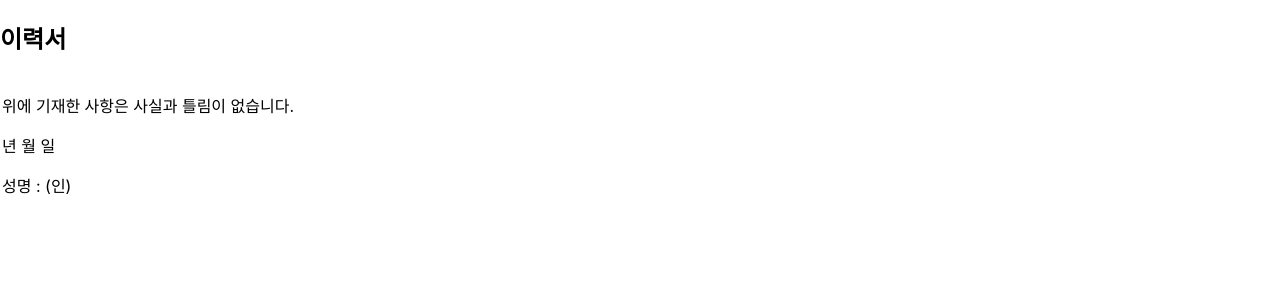
Repository: jiyeonyun/Resume
Page: / (app in resumes/)
The author's editor kept a copy of each file at every save. The page is drawn from the files as they stood at one save, then again after the next save.
The browser window is 1280 px wide. The pictures show the whole page.
The project was rebuilt for these pictures with package versions that can differ from the ones it lists, and the page was loaded fresh each time. Also part of the build but not shown: resumes/src/App.module.css.

Above is the page before, as saved 2022-05-25 13:37:41.

After the next save:
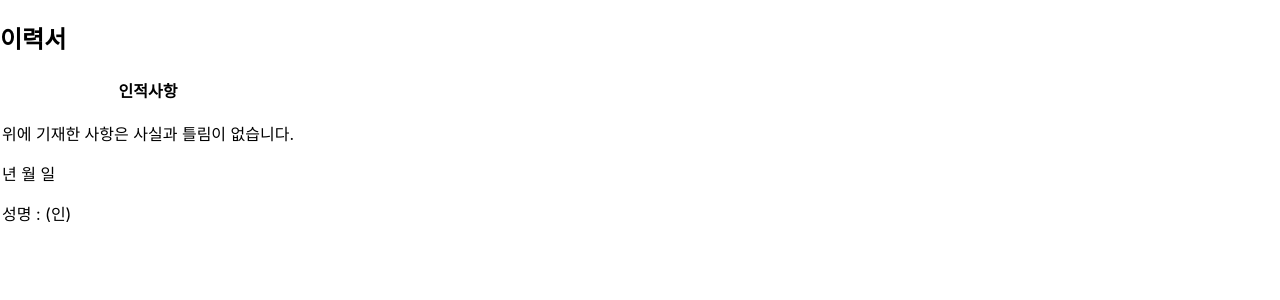
Saved 29 s later.
--- a/resumes/src/App.jsx
+++ b/resumes/src/App.jsx
@@ -1,11 +1,13 @@
 import styles from "./App.module.css";
 import Footer from "./components/footer/footer";
 import Header from "./components/header/header";
+import PersonalInfo from "./components/personalInfo/personalInfo";
 function App() {
   return (
     <div className="App">
       <Header />
       <table>
+        <PersonalInfo />
         <Footer />
       </table>
     </div>
